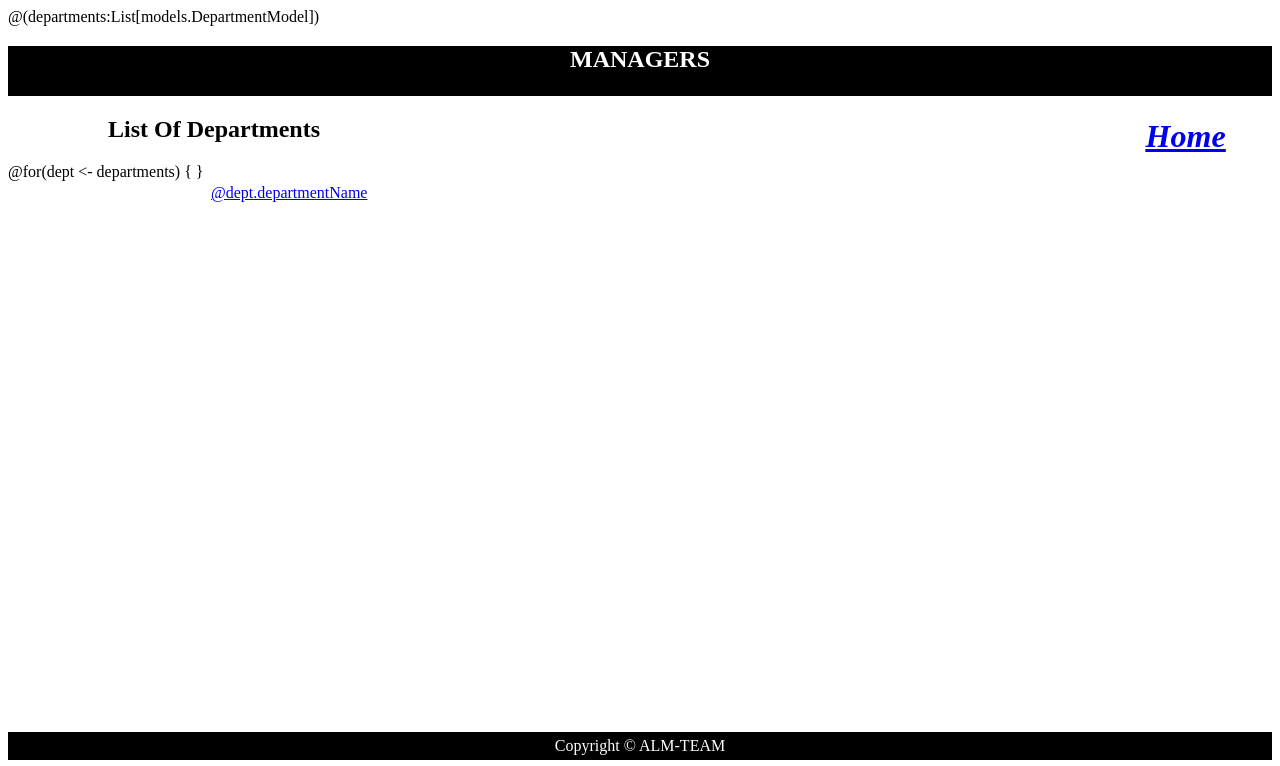
Repository: sumitkum200690/PLAY_SLICK
Page: Play_DB/app/views/allDepartmentPage.scala.html
An editor plug-in stored every save of this project. The page is shown before and after the next save, followed by the edit.
The browser window is 1280 px wide. The pictures show the whole page.

Above is the page before, as saved 2015-09-25 13:23:34.

### Play_DB/app/views/allDepartmentPage.scala.html
@(departments:List[models.DepartmentModel])

<head>
<style>

#maindiv{
	height:100%;
	width:100%;

}

#header{
	height:7%;
	width:100%;
	background-color:black;
	color:white;
	text-align:center;


}


#d3{
	height:93%;
	width:100%;
	float:left;
}

#content{
	height:95%;
	width:100%;

}

#list{
	height:100%;
	width:90%;
	float:left;
	background-color:white;
}

#home{
	height:100%;
	width:10%;
	float:left;
	background-color:white;
}

#footer{
	height:5%;
	width:100%;
	background-color:black;
	color:white;
}

#header2 {
    background-color:black;
    color:white;
    text-align:center;
    padding:5px;
}

#section {
    width:100%;
    float:left;
    padding:10px;
     height: 100%;
     background-color:blue;
}

#section2 {
    width:100%;
    float:left;
    padding:10px;
     height: 100%;
}

#footer2 {
    background-color:black;
    color:white;
    clear:both;
    text-align:center;
   padding:5px;

   margin-bottom: 1px;
}




</style>


</head>








<body style="height: 100%; background-color:white" >

<div id="maindiv">

	<div id="header">

	<h2>MANAGERS</h2>
	</div>

	<div id="d3">

	<div id="content">

			<div id="list">
				<h2 style="margin-left:100px ">List Of Departments</h2>
				<table style="margin-left:200px ">

 					 @for(dept <- departments) {


    						<tr><td><a href="/DepartmentWiseManager/@dept.departmentName/@dept.id">@dept.departmentName</a></td></tr>

   						}
  </table>

			</div>

			<div id="home" style="float:left;"><a href="/"><h1><b><I><U>Home</U></I></b></h1></a></div>

		</div>

		<div id="footer2">
		Copyright © ALM-TEAM
		</div>

	</div>

</div>

After the next save:
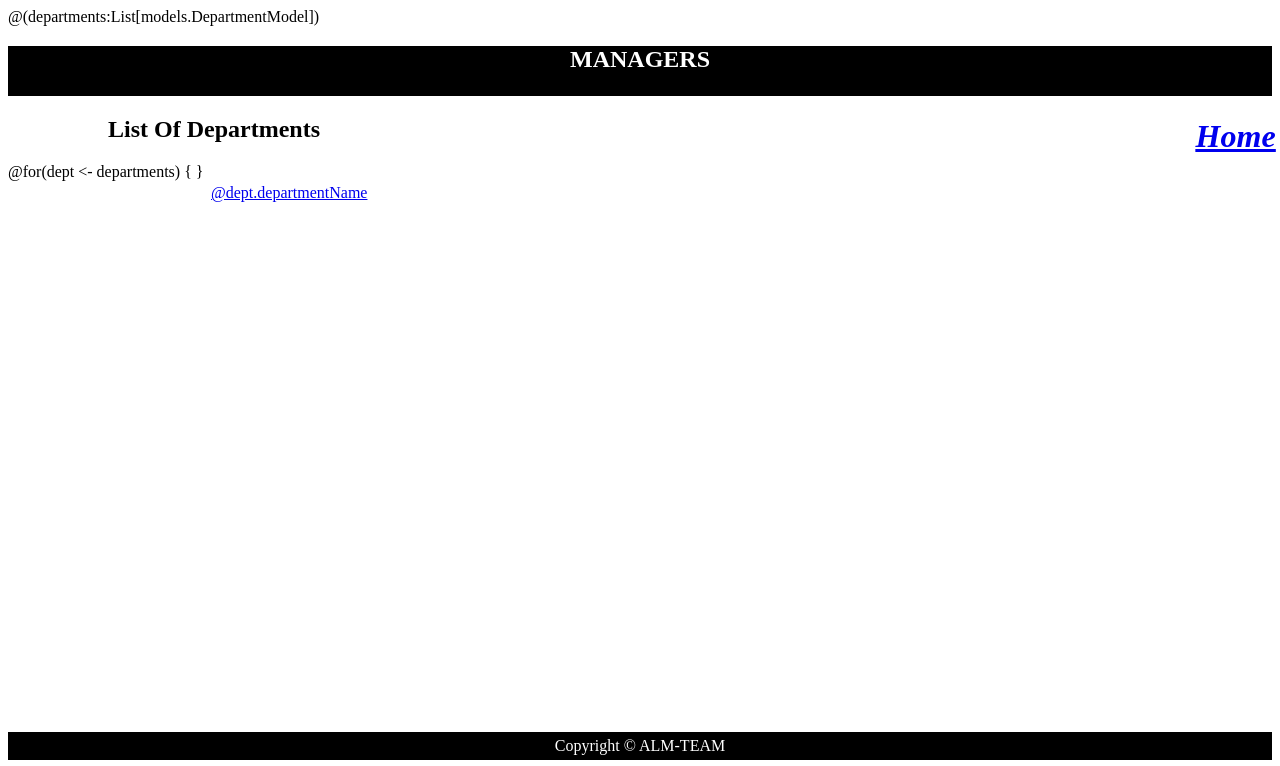
Saved 2 min 37 s later.
--- a/Play_DB/app/views/allDepartmentPage.scala.html
+++ b/Play_DB/app/views/allDepartmentPage.scala.html
@@ -44,6 +44,7 @@
 	width:10%;
 	float:left;
 	background-color:white;
+	text-indent: 50px;
 }
 
 #footer{

After the save that followed:
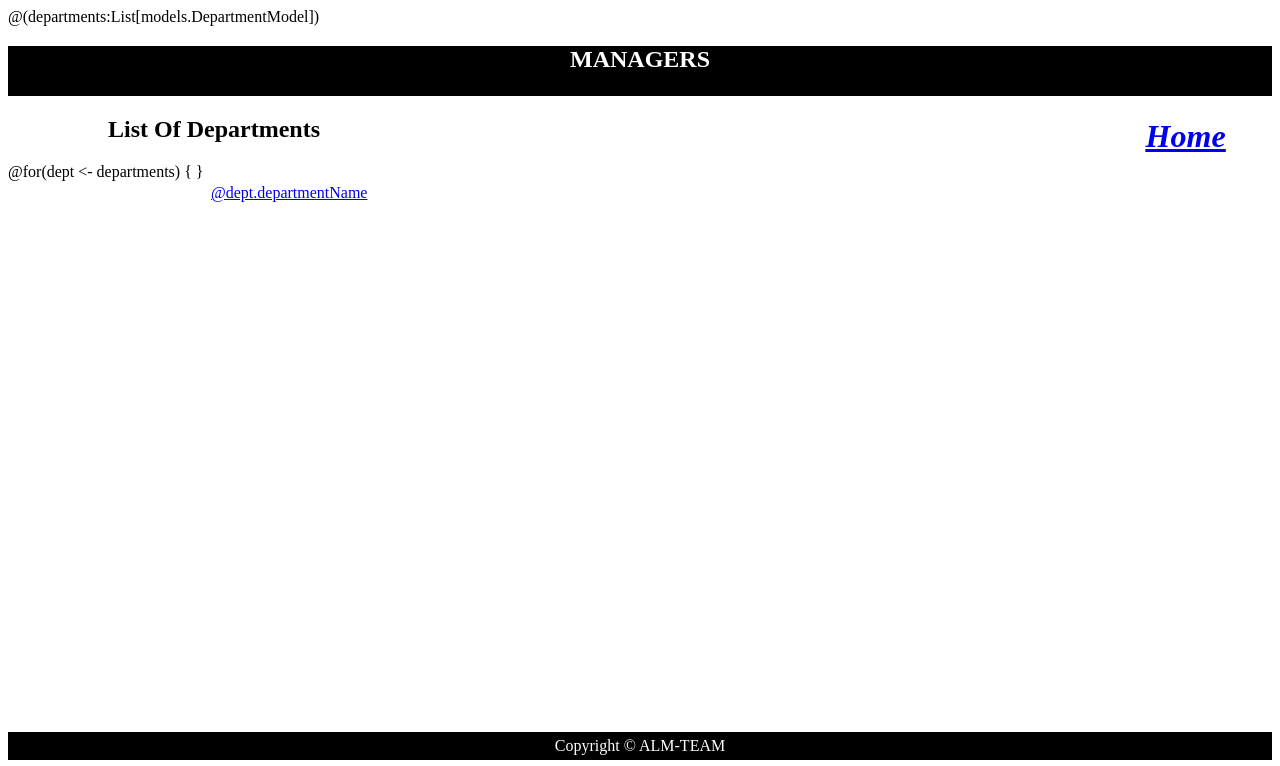
Saved 16 s later.
--- a/Play_DB/app/views/allDepartmentPage.scala.html
+++ b/Play_DB/app/views/allDepartmentPage.scala.html
@@ -44,7 +44,7 @@
 	width:10%;
 	float:left;
 	background-color:white;
-	text-indent: 50px;
+
 }
 
 #footer{
